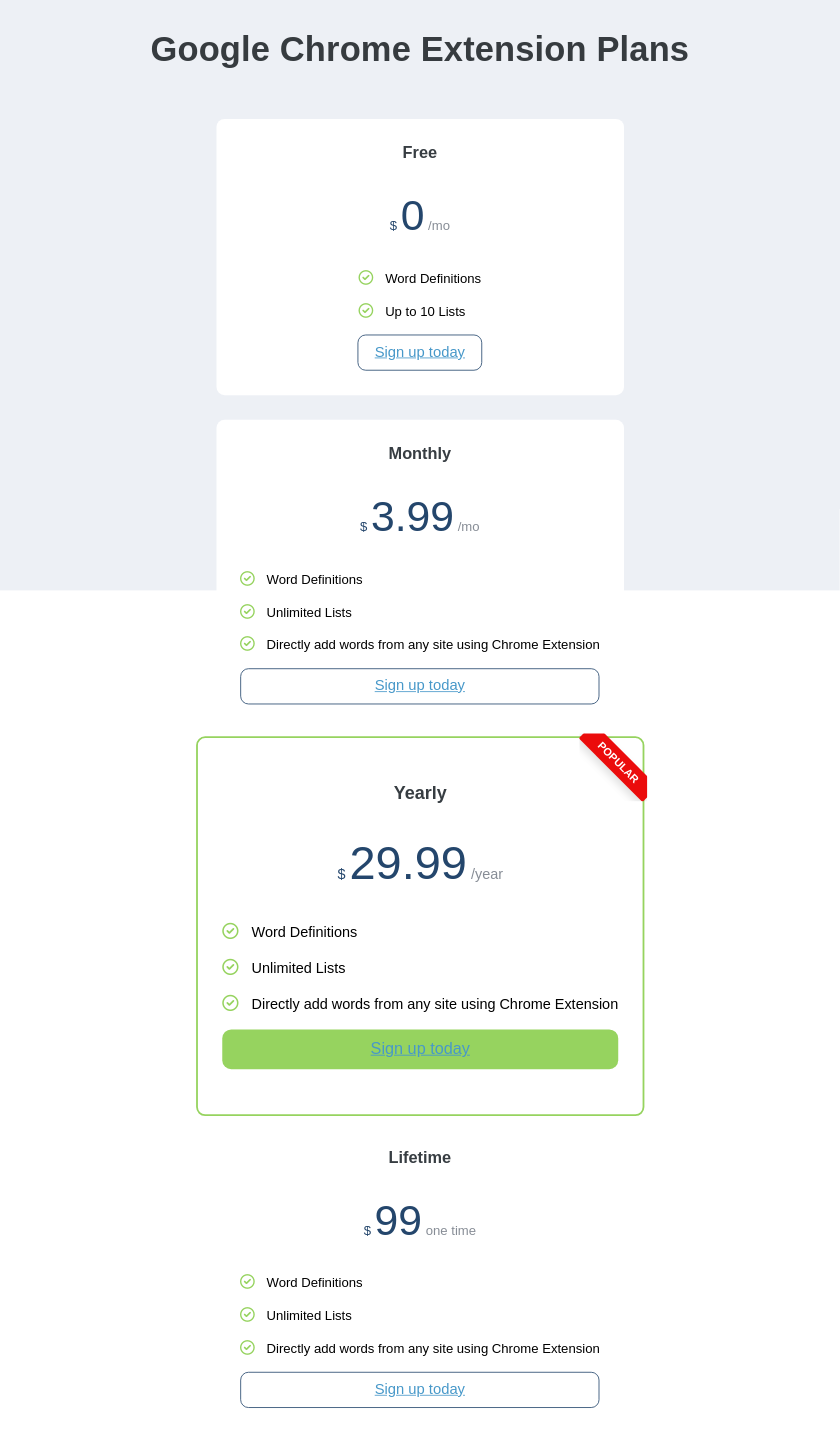
Repository: Novoselets28/chatos-test-task
Page: index.html
The author's editor kept a copy of each file at every save. The page is drawn from the files as they stood at one save, then again after the next save.
The browser window is 1024 px wide. The pictures show the whole page, at 82% of full size.

Above is the page before, as saved 2023-04-20 00:40:18.

After the next save:
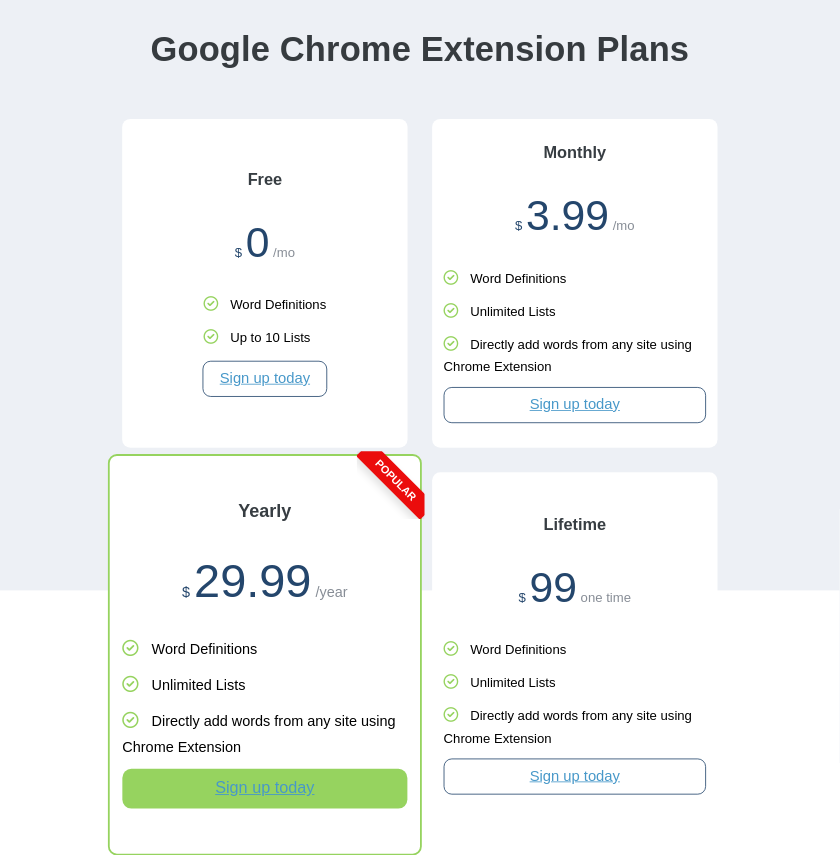
Saved 24 s later.
--- a/index.css
+++ b/index.css
@@ -81,7 +81,7 @@
 
 @media (max-width: 1024px){
     .extension__item{
-        flex: 0 1 50%;
+        flex: 0 1 35%;
         margin: 15px;
     }
 }
